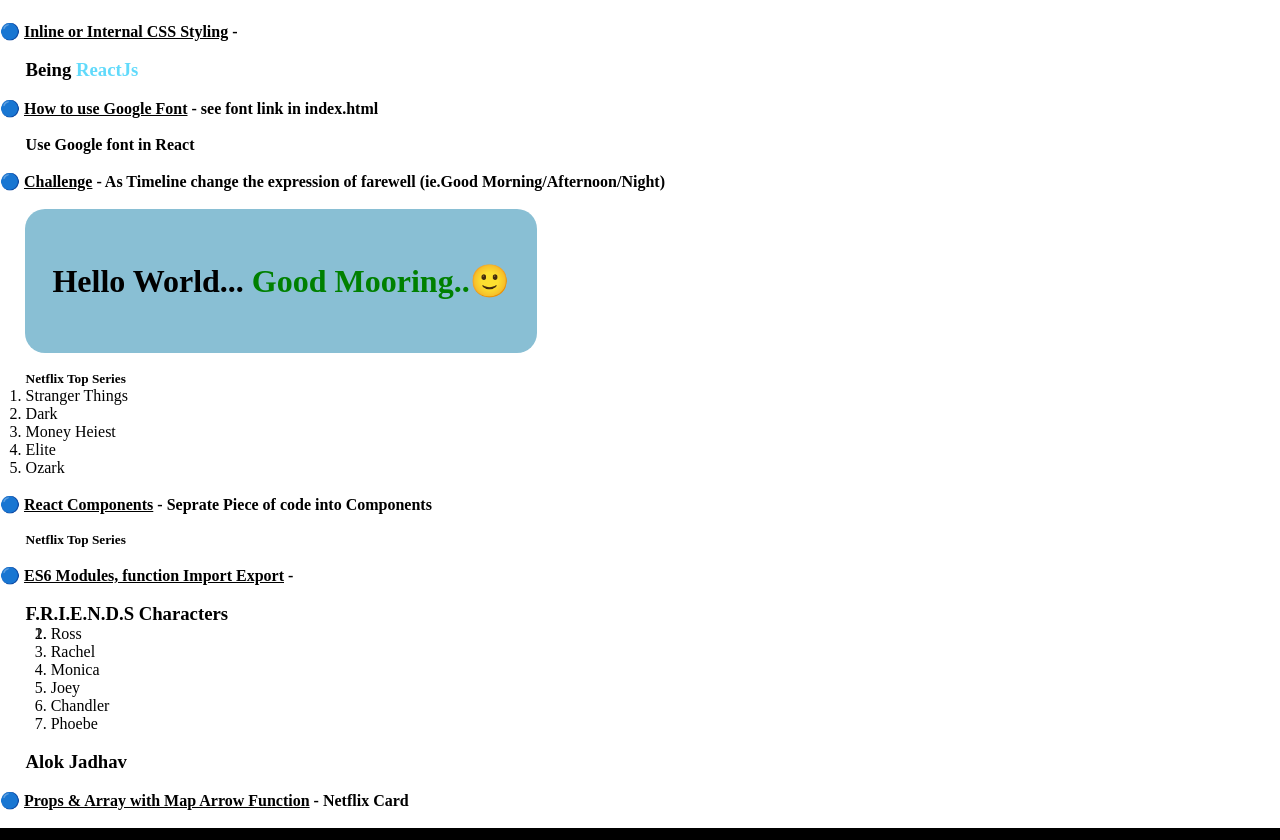
Repository: AalokJadhav/Being_ReactJS
Page: /
These files come from the project's save history. The page is drawn as it stood at one moment and after the next save; the edit follows.
The browser window is 1280 px wide. The pictures show the part of the page from y = 728 to 1568 px (the page is 2094 px tall before and 2004 px after).
Pictures or frames that could not be fetched are drawn as grey boxes. Some web fonts or font styles are not loaded; a fallback is used. The project was rebuilt for these pictures with package versions that can differ from the ones it lists, and the page was loaded fresh each time.

Above is the page before, as saved 2021-10-18 23:35:38.

### public/index.html
<!DOCTYPE html>
<html lang="en">

<head>
  <meta charset="utf-8" />
  <link rel="icon" href="%PUBLIC_URL%/favicon.ico" />
  <meta name="viewport" content="width=device-width, initial-scale=1" />
  <meta name="theme-color" content="#000000" />
  <meta name="description" content="Web site created using create-react-app" />
  <link rel="apple-touch-icon" href="%PUBLIC_URL%/logo192.png" />
  <!--
      manifest.json provides metadata used when your web app is installed on a
      user's mobile device or desktop. See https://developers.google.com/web/fundamentals/web-app-manifest/
    -->
  <link rel="manifest" href="%PUBLIC_URL%/manifest.json" />
  <link rel="preconnect" href="https://fonts.googleapis.com">
  <link rel="preconnect" href="https://fonts.gstatic.com" crossorigin>
  <link rel="preconnect" href="https://fonts.googleapis.com">
  <link rel="preconnect" href="https://fonts.gstatic.com" crossorigin>
  <link href="https://fonts.googleapis.com/css2?family=Festive&display=swap" rel="stylesheet">
    <!--
      Notice the use of %PUBLIC_URL% in the tags above.
      It will be replaced with the URL of the `public` folder during the build.
      Only files inside the `public` folder can be referenced from the HTML.

      Unlike "/favicon.ico" or "favicon.ico", "%PUBLIC_URL%/favicon.ico" will
      work correctly both with client-side routing and a non-root public URL.
      Learn how to configure a non-root public URL by running `npm run build`.
    -->
  <title>Being React</title>
</head>

<body>
  <noscript>You need to enable JavaScript to run this app.</noscript>
  <div id="root"></div>
  <!--
      This HTML file is a template.
      If you open it directly in the browser, you will see an empty page.

      You can add webfonts, meta tags, or analytics to this file.
      The build step will place the bundled scripts into the <body> tag.

      To begin the development, run `npm start` or `yarn start`.
      To create a production bundle, use `npm run build` or `yarn build`.
    -->
</body>

</html>

### src/index.js
// var React = require ('react');
// var ReactDom = require ('react-dom');

import React from 'react';
import ReactDom from 'react-dom';
import './index.css';
import App from './App';


ReactDom.render(<App />, document.getElementById('root'));

### src/index.css

*{margin: 0; padding: 0; box-sizing: border-box;};


.h3 {
  padding-left: 0%;
}
/* Style the header with a grey background and some padding */
.header {
  overflow: hidden;
  background-color: black;
  padding: 20px 10px;
}

/* Style the header links */
.header a {
  float: left;
  color: #fff;
  text-align: center;
  padding: 12px;
  text-decoration: none;
  font-size: 18px;
  line-height: 25px;
  border-radius: 4px;
}

/* Style the logo link (notice that we set the same value of line-height and font-size to prevent the header to increase when the font gets bigger */
.header a.logo {
  font-size: 25px;
  font-weight: bold;
  font-family: cursive;
  color: #61dafb;
}

/* Style the active/current link*/
.active {
  line-height: 50px;
}

/* Float the link section to the right */
.header-right {
  float: right;
}

.heart {
	font-size: 25px;
	color: #e00;
	animation: beat .25s infinite alternate;
	transform-origin: center;
}

/* Heart beat animation */
@keyframes beat{
	to { transform: scale(1.4); }
}

.googlefont {
  font-family: 'Festive', cursive;
}
/* Add media queries for responsiveness - when the screen is 500px wide or less, stack the links on top of each other */
@media screen and (max-width: 500px) {
  .header a {
    float: none;
    display: block;
    text-align: left;
  }
  .header-right {
    float: none;
  }
}

.img_div img{
  width: 33%;
  height: 5%;
  margin: auto;
  padding-left: 2%;
}

.content {
  padding-left: 2%;
}

.challenge1 {
  background-color: rgb(137, 191, 212);
  width: 40%;
  height: 20vh;
  display: flex;
  justify-content: center;
  align-items: center;
  margin-top: -0px;
  margin-left: 25px;
  border-radius: 20px;
}

.heading_style  {
  padding: 30px 0;
  text-align: center;
  font-family: "Raleway", sans-serif;
  text-transform: uppercase;
  font-size: 13px;
  letter-spacing: 2px;
  font-weight: 5000;
  color: red;
  background-color: black;
  font-size: 1.rem;
  margin-bottom: -50px;
}

.cards {
  width: 100%;
  height: auto;
}

.card {
  margin: 6%;
  transition: all 0.4s cubic-bezier(0.175, 0.885, 0, 1);
  width: 21.25%;
  border-radius: 12px;
  background-color: red;
  box-shadow: 0px 13px 10px -7px rgb(0, 0, 0, 0.1);
  float: left;
}

.card:hover {
  box-shadow: 0px 30px 18px  -8px  rgb(0, 0, 0, 0.1);
  transform: scale(1.05, 1.05);
  background-color: green;

}
.card__img {
  width: 100%;
  height: 300px;
  border-top-left-radius: 12px;
  border-top-right-radius: 12px;

}

.card__info {
  background-color: #fff;
  border-bottom-left-radius: 12px;
  border-bottom-left-radius: 12px;
  background-color: #fff;
}

.card__category {
  font-family: "Raleway", sans-serif;
  text-transform: uppercase;
  font-size: 13px;
  letter-spacing: 2px;
  font-weight: 500;
  color: #868686;
  background-color: #fff;


}

.card__title {
  margin-top: 5px;
  margin-bottom: 10px;
  text-transform: capitalize;
  font-family: "Raleway", sans-serif;
  background-color: #fff;

}

button {
  padding: 5px 8px;
  font-family: "Raleway", sans-serif;
  text-transform: uppercase;
  font-size: 13px;
  letter-spacing: 2px;
  font-weight: 1000;
  color: red;
  background-color: #fff;
  outline: none;
  border: 1px solid black;
  cursor: pointer;
}

### src/App.js
import React from "react";
import './index.css';

import Navbar from './Header'
import List from "./List";
import CurrentDate from "./CurrentDate";
import RandomImages from "./RandomImages";
import InlineCss from "./InlineCss";
import SimpleGreeting from './SimpleGreeting';
import GoogleFont from "./GoogleFont";
import RComponents from "./RComponents";
import NetflixCard from "./NetflixCard";


function App() {

  return (
    <>
      <Navbar /><br /><br /><br /><br />
      <h4>Hello  World From ReactJS...✋</h4><br />
      <CurrentDate />
      <RandomImages />
      <InlineCss /> <br />
      <GoogleFont />
      <SimpleGreeting />
      <List />
      <RComponents />
      <NetflixCard />
    </>
  );
}



export default App;


//In Pure JavaScript
var h3 = document.createElement('h3');
h3.innerHTML = 'Hello  World From Pure JavaScript...❤❤❤';
document.getElementById('root').appendChild(h3);

### src/Header.jsx
import React from "react";




function Navbar() {

  return (
    <>
    <div className="header">
        <a href="#default" className="logo"><span style={{ color: 'white'}}>Being</span> &nbsp;
        <img src="data:[embedded picture, 514 characters]" alt="" height="20"  />
           &nbsp; React</a>
      <div className="header-right">
        <h5 className="active" style={{ color: 'white'}}>Made with <span className="heart">&#x2665;</span> by Alok Jadhav</h5>
        </div>
      </div>
    </>
  );
}
export default Navbar;

### src/List.jsx
import React from "react";
import './index.css';
import Title from "./Title";

function List() {
  return (
    <>
      <Title />
      <div className="content">

        <ol>
          <li>Stranger Things</li>
          <li>Dark</li>
          <li>Money Heiest</li>
          <li>Elite</li>
          <li>Ozark</li>
        </ol>
      </div>
      <br />
    </>
  );
}

export default List;

### src/CurrentDate.jsx
import React from "react";


const fullDate = new Date();
const date = fullDate.toLocaleDateString();
const time = fullDate.toLocaleTimeString();


function CurrentDate() {
    return (
        <>
        <h4>🔵 <u>Display Current date and time in JSX</u> -</h4><br />
        <div className="content">
          <p>Current Date is {`${date}`} </p>
          <p>Current Time is {`${time} `} </p>
        </div>
        <br />
        </>
    );
  }

export default CurrentDate;

### src/RandomImages.jsx
import React from "react";
import './index.css';

const RandomImgUrl = 'https://picsum.photos/2000';
const RandomImgUrl1 = 'https://picsum.photos/900';
const RandomImgUrl2 = 'https://picsum.photos/800';

function RandomImages() {
  return (
    <>
    <h4>🔵 <u>JSX Attributes for random image</u> -</h4><br />
  <div className="img_div">
    <img src={RandomImgUrl} alt='random image1' />
    <img src={RandomImgUrl1} alt='random image2' />
    <img src={RandomImgUrl2} alt='random image3' />
  </div>
  <br />
  </>
  );
}

export default RandomImages;

### src/InlineCss.jsx
function InlineCss() {
    return (
        <>
            <h4 >🔵 <u>Inline or Internal CSS Styling</u> -</h4><br/>
            <div className="content">
            <h3>Being <span style={{ color: '#61dafb', fontFamily: 'serif' }}>ReactJs</span> </h3>
            </div>
        </>
    )
}

export default InlineCss;

### src/SimpleGreeting.jsx
const CurrDate = new Date(2021, 14, 10, 9);
const hour = CurrDate.getHours();
let greeting = '';

const cssStyle = {}

if (hour >= 1 && hour < 12) {
    greeting = 'Good Mooring..🙂';
    cssStyle.color = 'green';
} else if (hour >= 12 && hour < 19) {
    greeting = 'Good Afternoon..🙄';
    cssStyle.color = 'orange';
} else {
    greeting = 'Good Night..😴';
}

function SimpleGreeting() {
    return (
        <>
            <h4>🔵 <u>Challenge</u> - As Timeline change the expression of farewell (ie.Good Morning/Afternoon/Night)</h4><br />
            <div className="challenge1">
                <h1>Hello World...<span style={cssStyle}> {greeting}</span></h1>
            </div>
            <br />
        </>
    )
}

export default SimpleGreeting;

### src/GoogleFont.jsx
import React from "react";
import './index.css';


function GoogleFont() {
  return (
    <>
    <h4>🔵 <u>How to use Google Font</u> -  see font link in index.html </h4><br/>
  <div className="content">
    <h4 className="googlefont">Use Google font in React </h4>
  </div>
  <br />
  </>
  );
}

export default GoogleFont;

### src/RComponents.jsx
import React from 'react';
import Title from './Title';
import AllCharacter from './AllCharacter';

function RComponents() {
    return (
        <>
            <h4>🔵 <u>React Components</u> - Seprate Piece of code into Components</h4><br />
            <Title />
            <br />
            <AllCharacter />
            <br />
        </>
    )
}

export default RComponents;

### src/NetflixCard.jsx
import React from "react";
import Card from "./Card";
import Sdata from "./Sdata";

function NetflixCard() {

    return (
        <>
            <h4>🔵 <u>Props & Array with Map Arrow Function</u> - Netflix Card</h4><br />
            <h1 className="heading_style" >Netflix Favorite  Series</h1>
            {Sdata.map((val) => {
                return (
                    <Card
                        key={val.id}
                        imgsrc={val.imgsrc}
                        title={val.title}
                        sname={val.sname}
                        link={val.link} />
                )
            })
            }
        </>
    )
}

export default NetflixCard;

### src/Title.jsx
import React from "react";


function Title() {
    return (
        <div className="content">
            <h5>Netflix Top Series</h5>
        </div>

    )
}



export default Title;

### src/AllCharacter.jsx
// import { FullName } from './FullName';



const Characters = ['Ross', 'Rachel', 'Monica', 'Joey', 'Chandler', 'Phoebe'];
const AllCharacters = [];

let name = 'Alok Jadhav';
const Myname = name

Characters.forEach(function (data) {
  AllCharacters.push(<li>{data}</li>);
});

function AllCharacter() {
  return (
    <>
      <h4>🔵 <u>ES6 Modules, function Import Export</u> - </h4><br />
      <div className="content">
        <h3>F.R.I.E.N.D.S Characters</h3>
        <ol className="content">
          <li>{AllCharacters}</li>
        </ol>
        <br />
        <h3>{Myname}</h3>
      </div>
    </>
  )
}

export default AllCharacter;

### src/Card.jsx


function Card(Props) {
    return (
      <>
        <div className="cards">
          <div className="card">
            <img src={Props.imgsrc} alt="friends" className="card__img"  />
            <div className="card__info">
              <span className="card__category">{Props.title}</span>
              <h3 className="card__title">{Props.Sname}</h3>
              <a href={Props.link} target="_blank" rel="noreferrer">
                <button>Watch Now</button>
              </a>
            </div>
          </div>
        </div>
      </>
    )
  }

  export default Card;

### src/Sdata.jsx
const Sdata = [
  {
    id: 1,
    imgsrc:
      "http://cdn.shopify.com/s/files/1/0151/0741/products/pg1004_1024x1024.jpg?v :1578633269",
    title: "A Netflix Series",
    sname: "F.R.I.E.N.D.S",
    link: "https://www.netflix.com/in/title/70153404",
  },
  {
    id: 2,
    imgsrc: "https://wallpapercave.com/wp/wp4056407.jpg",
    title: "A Netflix Series",
    sname: "Dark",
    link: "https://www.netflix.com/in/title/80100172",
  },
  {
    id: 3,
    imgsrc: "https://wallpapercave.com/wp/wp1839578.jpg",
    title: "A Netflix Series",
    sname: "Stranger Things",
    link: "https://www.netflix.com/in/title/80057281",
  },
];

export default Sdata;

After the next save:
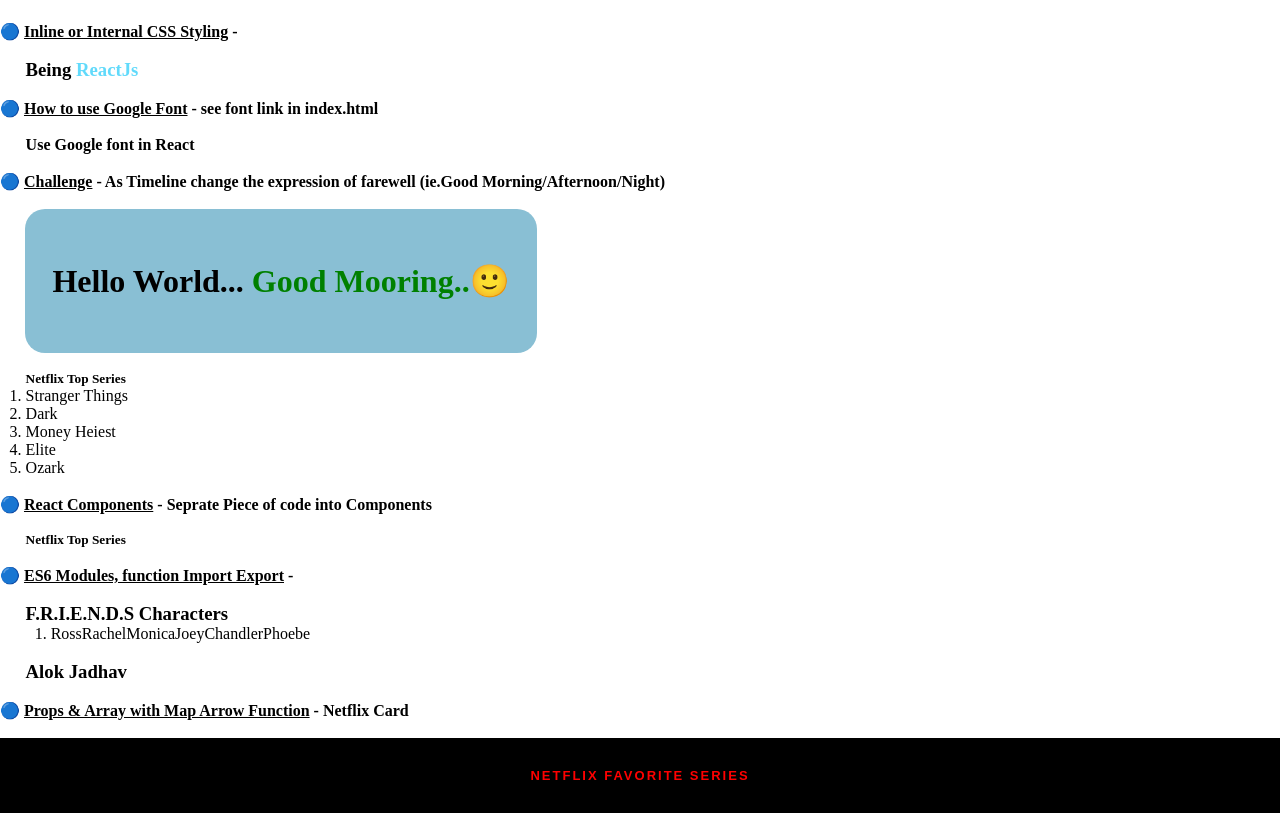
Saved 13 min 48 s later.
--- a/src/AllCharacter.jsx
+++ b/src/AllCharacter.jsx
@@ -9,7 +9,7 @@
 const Myname = name
 
 Characters.forEach(function (data) {
-  AllCharacters.push(<li>{data}</li>);
+  AllCharacters.push(<span>{data}</span>);
 });
 
 function AllCharacter() {
